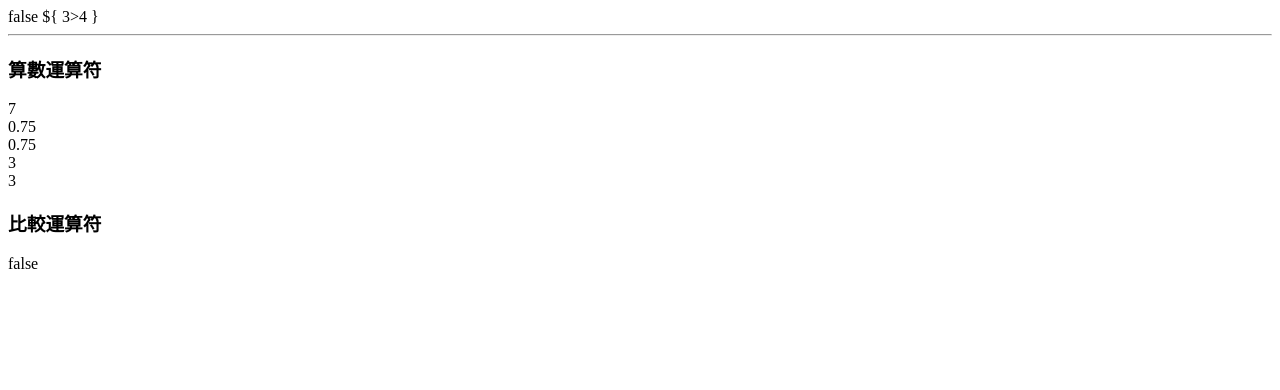
Repository: sc1314520/oce-test
Page: http://localhost/EE/jsp/basic/el1.jsp
An editor plug-in stored every save of this project. The page is shown before and after the next save, followed by the edit.
The browser window is 1280 px wide. The pictures show the whole page.
The page is served by Tomcat 9. Nobody is signed in. The application's start-up code is not run. Other server files are loaded and not shown.

Above is the page before, as saved 2022-12-29 09:08:32.

### EE/src/main/webapp/jsp/basic/el1.jsp
<%@ page language="java" contentType="text/html; charset=UTF-8"
    pageEncoding="UTF-8"%>
<!DOCTYPE html>
<html>
<head>
<meta charset="UTF-8">
<title>Insert title here</title>
</head>
<body>
	<!--  el表達式 -->
	${ 3>4 }

	<!--  忽略 el 表達式：在最上面 isElIgnored="true" 或如下 -->
	\${ 3>4 }

	<hr>
	<!-- el 運算符 -->
	<h3>算數運算符</h3>
	${3+4} <br>
	${3/4} <br>
	${3 div 4} <br>
	${3 % 4} <br>
	${3 mod 4} <br>
	<h3>比較運算符</h3>
	${3 == 4} <br>

</body>
</html>

After the next save:
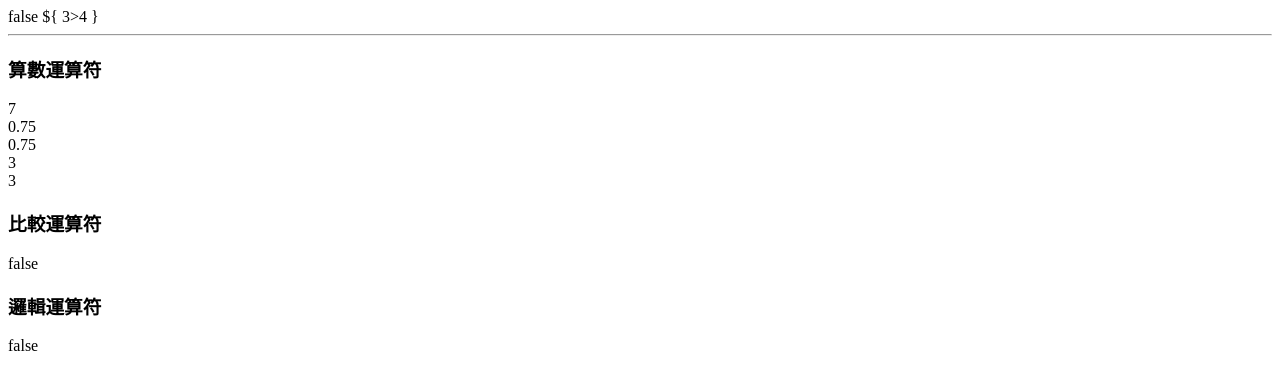
Saved 42 s later.
--- a/EE/src/main/webapp/jsp/basic/el1.jsp
+++ b/EE/src/main/webapp/jsp/basic/el1.jsp
@@ -23,6 +23,7 @@
 	${3 mod 4} <br>
 	<h3>比較運算符</h3>
 	${3 == 4} <br>
-
+	<h3>邏輯運算符</h3>
+	${3>4 && 3<4} <br>
 </body>
 </html>
